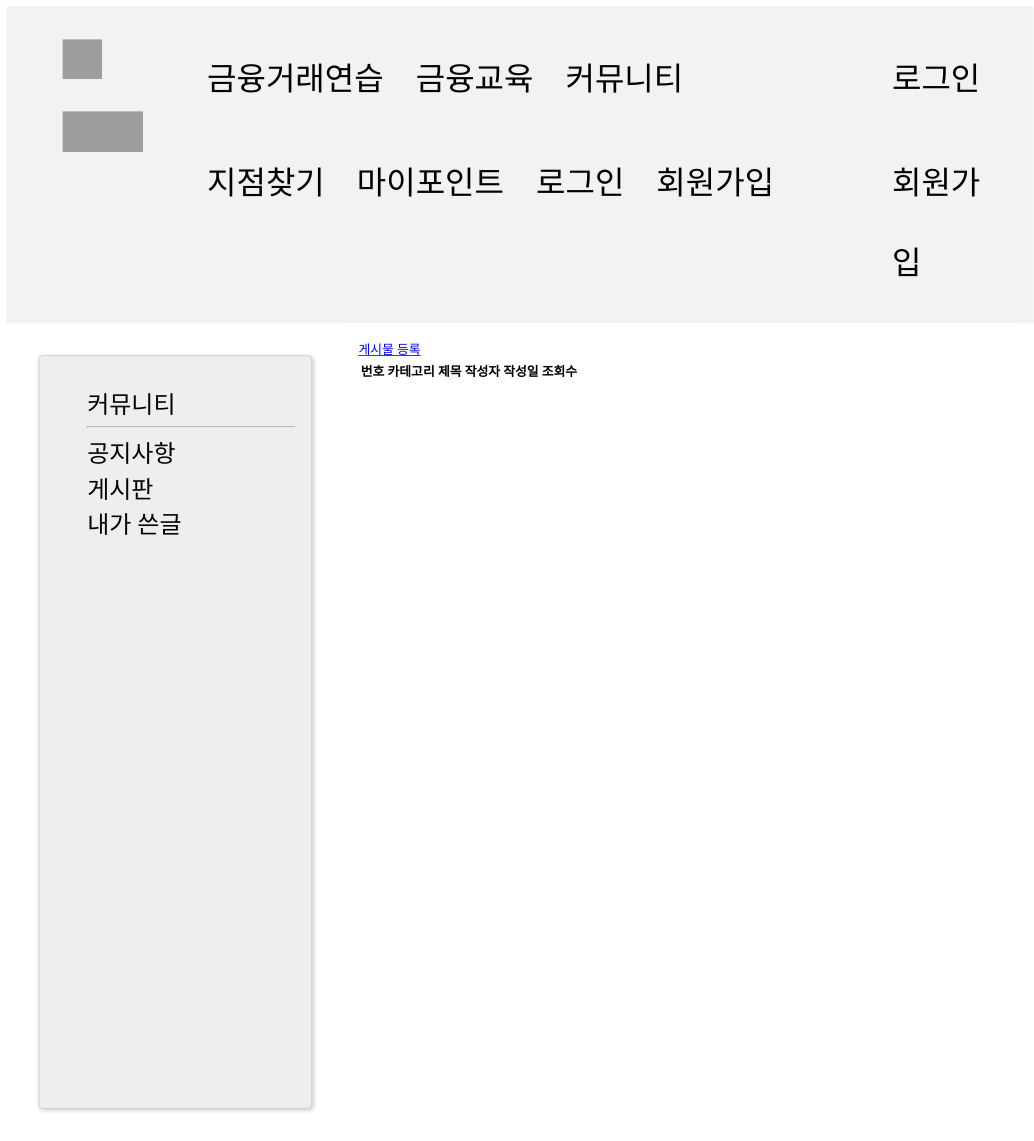
Repository: syc98syc/KB04_TeamProject
Page: http://localhost/jgig/WEB-INF/jsp/board/list.jsp
An editor plug-in stored every save of this project. The page is shown before and after the next save, followed by the edit.
The browser window is 1280 px wide. The page is 1292 px wide, so the pictures cover 1292 px, including what lies to the right of the window. The pictures show the whole page, at 80% of full size.
Pictures or frames that could not be fetched are drawn as grey boxes. Some web fonts or font styles are not loaded; a fallback is used. The page is served by Tomcat 9. Nobody is signed in. Other server files are loaded and not shown. The template is opened directly, without the code that normally fills it, so the values that code supplies are empty.

Above is the page before, as saved 2023-09-06 05:57:28.

### jgig/src/main/webapp/WEB-INF/jsp/board/list.jsp
<%@ page language="java" contentType="text/html; charset=UTF-8"
    pageEncoding="UTF-8"%>
<%@ taglib uri="http://java.sun.com/jsp/jstl/core" prefix="c" %>
<!DOCTYPE html>
<html>
<head>
<meta charset="UTF-8">
<title>웹게시물 목록</title>
<style>
#content {
 	margin-left: 420px; /* 사이드바 너비 + 여백만큼 오른쪽으로 밀어줍니다. */
    flex-grow: 1; /* 남은 공간을 모두 차지하도록 설정 */
    background-color: #fff; /* 배경색 설정 */
    padding: 20px; /* 내부 여백 설정 */
}
</style>
</head>
<body>
<%@ include file="../include/top_navbar.jsp" %>
<%@ include file="../include/left_navbar.jsp" %>
<div id="content">
	<a href="/board_insert_form">게시물 등록</a> <br>
	<table>
		<tr>
		<th>번호</th>
		<th>카테고리</th>
		<th>제목</th>
		<th>작성자</th>
		<th>작성일</th>
		<th>조회수</th>
		<c:forEach items="${board_list}" var="brd">
		<tr>
			<td>${brd.brd_id }</td>
			<td>${brd.brd_category }</td>
			<td><a href="board_detail?no=${brd.brd_id}">${brd.title}</a></td>
			<td>${brd.mem_id }</td>
			<td>${brd.brd_date_created }</td>
			<td>${brd.brd_view }</td>
		</tr>
		</c:forEach>
	</table>
</div>
</body>
</html>

### jgig/src/main/webapp/WEB-INF/jsp/include/top_navbar.jsp
<%@ page language="java" contentType="text/html; charset=UTF-8"
    pageEncoding="UTF-8"%>
<!DOCTYPE html>
<html>
<head>
<meta charset="UTF-8">
<title>Insert title here</title>
<style>
@import url('https://fonts.googleapis.com/css2?family=Nanum+Gothic+Coding:wght@700&display=swap');  /* 글꼴 */

/* 상단 메뉴 스타일 */
        #top-menu {
            background-color: #F2F2F2;
            color: #fff;
            padding: 10px;
            width: 100%;
             display: flex;
  justify-content: center;
        }


    #img1 {
		width: 7vmin;
		height: 7vmin;
	}


	#img2 {
		width: 14vmin;
		height: 7vmin;
	}

	#top-menu a {
    color: #000; /* 링크 글꼴 색상 설정 */
    text-decoration: none; /* 링크 밑줄 제거 */
}

	#top-menu ul{
		list-style: none;
	}
	#top-menu li{
		font-family: 'Nanum Gothic Coding', cursive;
		float: left;
		background: #F2F2F2;
		padding:5px 10px;
		font-size: 40px;
		margin: 10px;
	}

	#top-menu ul li a{
		line-height: 2.5;
	}
</style>
</head>
<body>
	<div id = "top-menu">
		<nav>
				<ul>
					<li><img id="img1" src="resources/img/KB.png"></li>
					<li><img id="img2" src="resources/img/지금입금.png"></li>
				</ul>
		</nav>
		<nav>
				<ul>
					<li class="menu1"><a href="#">금융거래연습</a></li>
					<li class="menu2"><a href="#">금융교육</a></li>
					<li class="menu3"><a href="#">커뮤니티</a></li>
					<li class="menu4"><a href="#">지점찾기</a></li>
					<li class="menu5"><a href="#">마이포인트</a></li>
					<li class="menu6"><a href="#">로그인</a></li>
					<li class="menu7"><a href="#">회원가입</a></li>
				</ul>
		</nav>
		<nav>
				<ul>
					<li class="menu6"><a href="#">로그인</a></li>
					<li class="menu7"><a href="#">회원가입</a></li>
				</ul>
		</nav>
	</div>

</body>
</html>

### jgig/src/main/webapp/WEB-INF/jsp/include/left_navbar.jsp
<%@ page language="java" contentType="text/html; charset=UTF-8"
    pageEncoding="UTF-8"%>
<!DOCTYPE html>
<html>
<head>
<meta charset="UTF-8">
<title>Insert title here</title>
<style>
/* 좌측 사이드바 스타일 */
#sidebar {
    width: 300px; /* 박스 컨테이너의 너비 설정 */
    height: 900px; /* 박스 컨테이너의 높이 설정 */
    background-color: #eee; /* 배경색 설정 */
    color: #000; /* 글꼴 색상 설정 */
    padding: 20px; /* 내부 여백 설정 */
    border: 1px solid #ccc; /* 박스 컨테이너의 테두리 설정 */
    border-radius: 5px; /* 박스 컨테이너의 모서리를 둥글게 설정 */
    box-shadow: 2px 2px 5px rgba(0, 0, 0, 0.2); /* 그림자 효과 추가 */
    line-height: normal;
    display: inline-block;
    vertical-align: middle;
    margin: 40px;
    float: left; /*왼쪽에 떠있게*/
}

/* 좌측 사이드바 링크 스타일 */
#sidebar a {
    color: #000; /* 링크 글꼴 색상 설정 */
    text-decoration: none; /* 링크 밑줄 제거 */
}

/* 좌측 사이드바 링크 호버 스타일 */
#sidebar a:hover {
    text-decoration: underline; /* 호버 상태에서 밑줄 추가 */
}

/* 좌측 사이드바 제목 스타일 */
#sidebar h2 {
    font-size: 24px; /* 제목 글꼴 크기 설정 */
}
	ul{
		list-style: none;
	}
	li{
		display: block; /* 각 <li> 요소를 한 줄에 하나씩 표시 */
		background: #eee;
		font-size: 30px;
	}
</style>
</head>
<body>
	<div id = "sidebar">
		<nav>
				<ul>
					<li>커뮤니티</li> <hr>
					<li class="menu1"><a href="#">공지사항</a></li>
					<li class="menu2"><a href="#">게시판</a></li>
					<li class="menu3"><a href="#">내가 쓴글</a></li>
				</ul>
		</nav>
	</div>

</body>
</html>

After the next save:
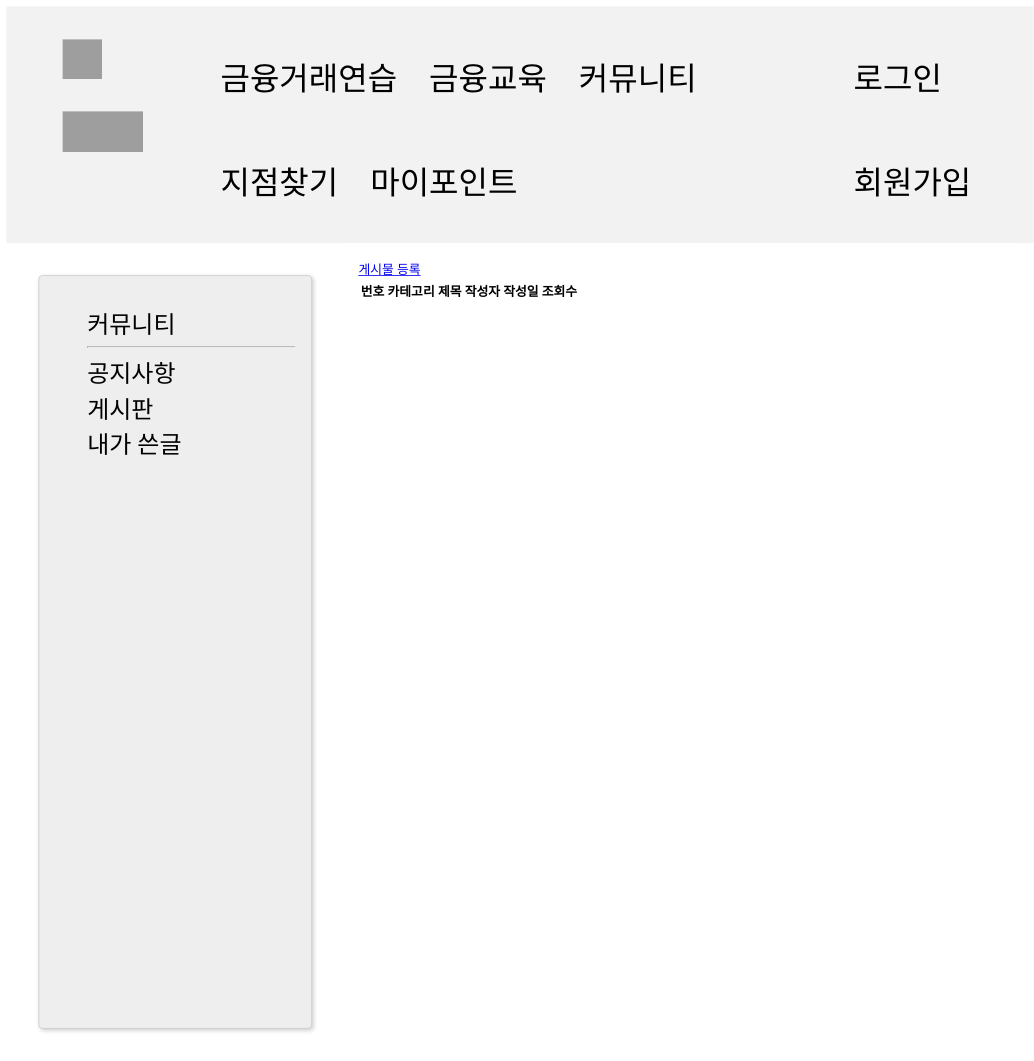
Saved 12 s later.
--- a/jgig/src/main/webapp/WEB-INF/jsp/include/top_navbar.jsp
+++ b/jgig/src/main/webapp/WEB-INF/jsp/include/top_navbar.jsp
@@ -67,8 +67,6 @@
 					<li class="menu3"><a href="#">커뮤니티</a></li>
 					<li class="menu4"><a href="#">지점찾기</a></li>
 					<li class="menu5"><a href="#">마이포인트</a></li>
-					<li class="menu6"><a href="#">로그인</a></li>
-					<li class="menu7"><a href="#">회원가입</a></li>
 				</ul>
 		</nav>
 		<nav>
